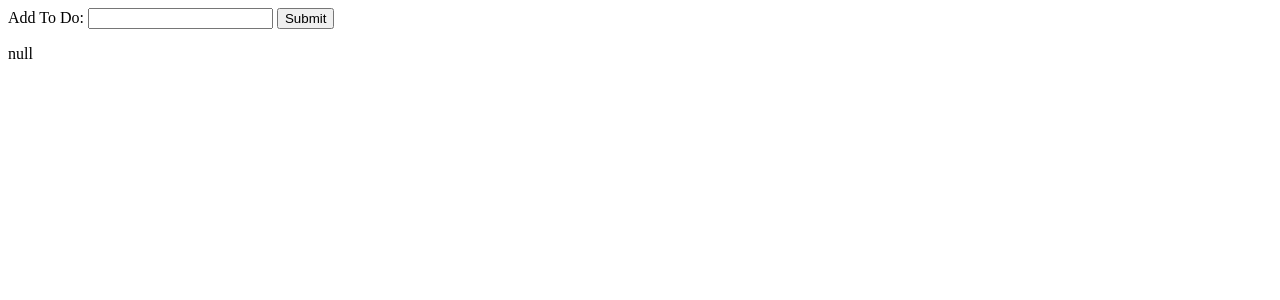
Repository: souptikmaiti/j2ee-practice
Page: http://localhost/jspdemo/todo-demo.jsp
These files come from the project's save history. The page is drawn as it stood at one moment and after the next save; the edit follows.
The browser window is 1280 px wide. The pictures show the whole page.
The page is served by Tomcat 9.

Above is the page before, as saved 2021-01-09 06:21:02.

After the next save:
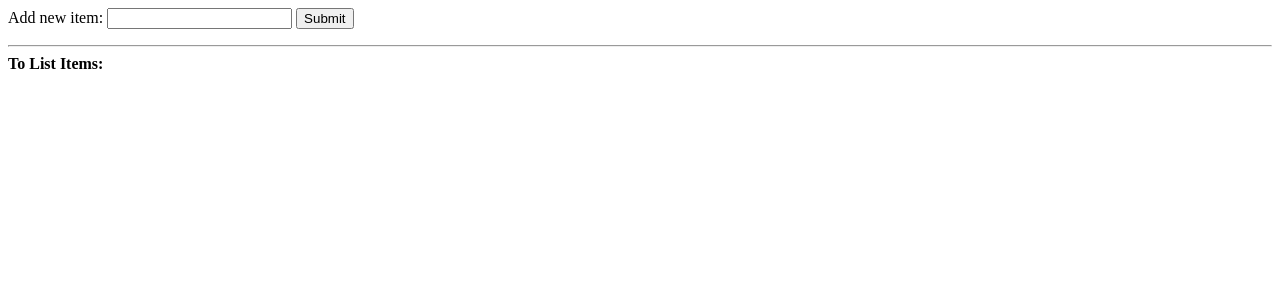
Saved 61 s later.
--- a/jspdemo/WebContent/todo-demo.jsp
+++ b/jspdemo/WebContent/todo-demo.jsp
@@ -1,54 +1,45 @@
 <%@ page import="java.util.*" %>
 
 <html>
+
 <body>
 
-<!-- Step1: create HTML form -->
-<!-- Step2: Add items to "To Do" list -->
-<!-- Step3: Display all "To Do" items from session -->
+<!-- Step 1: Create HTML form -->
+<form action="todo-demo.jsp">
+    Add new item: <input type="text" name="theItem" />
 
-
-<form action="todo-demo.jsp">
-
-	Add To Do: <input type="text" name="toDo" />
-
-	<input type="submit" value="Submit"/>
-
+    <input type="submit" value="Submit" />
 </form>
 
-	<!-- NOT WORKING -->
+<!-- Step 2: Add new item to "To Do" list -->
+<%
+    // get the TO DO items from the session
+    List<String> items = (List<String>) session.getAttribute("myToDoList");
 
-	<%
+    // if the TO DO items doesn't exist, then create a new one
+    if (items == null) {
+        items = new ArrayList<String>();
+        session.setAttribute("myToDoList", items);
+    }
 
-	out.println("" + session.getAttribute("toDoList"));
+    // see if there is form data to add
+    String theItem = request.getParameter("theItem");
+    if (theItem != null) {
+        items.add(theItem);
+    }
+%>
 
-	List<String> toDos = null;//(List<String>) session.getAttribute("toDoList");
+<!-- Step 3: Display all "To Do" item from session -->
+<hr>
+<b>To List Items:</b> <br/>
 
- 	if (session.getAttribute("toDoList") instanceof ArrayList<?>) {
- 		session.setAttribute("toDoList", new ArrayList<String>());
-
-	} else {
-		toDos = (List<String>) session.getAttribute("toDoList");
-		String task = request.getParameter("toDo");
-		if (task != null && toDos != null)
-			toDos.add(task);
-	}
-
-
-	%>
-
-    <ol>
-    	<%
-
-    	if (toDos != null)
-	    	for(String item: toDos) {
-	    		out.println("<li>" + item + "</li>");
-	    	}
-
-
-    	%>
-
-    </ol>
+<ol>
+<%
+    for (String temp : items) {
+        out.println("<li>" + temp + "</li>");
+    }
+%>
+</ol>
 
 </body>
 

After the 2 saves that followed:
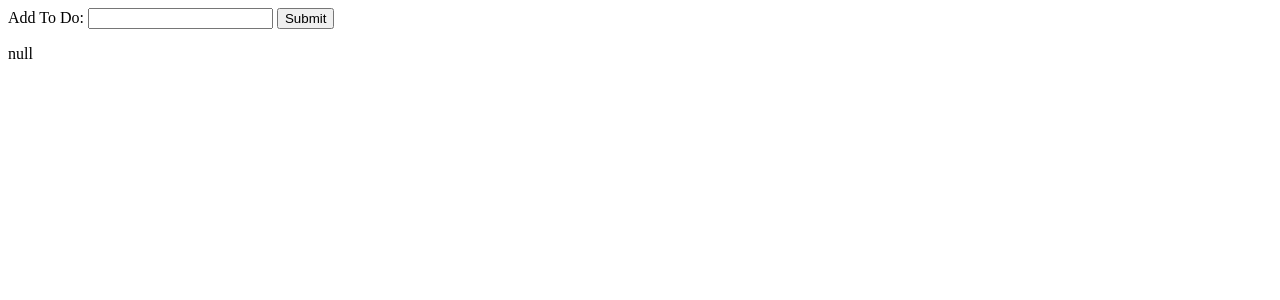
The 2 saves are shown as one change because 1 left the picture as it was.
The last was saved 2 min 50 s later.
--- a/jspdemo/WebContent/todo-demo.jsp
+++ b/jspdemo/WebContent/todo-demo.jsp
@@ -1,45 +1,54 @@
 <%@ page import="java.util.*" %>
 
 <html>
-
 <body>
 
-<!-- Step 1: Create HTML form -->
+<!-- Step1: create HTML form -->
+<!-- Step2: Add items to "To Do" list -->
+<!-- Step3: Display all "To Do" items from session -->
+
+
 <form action="todo-demo.jsp">
-    Add new item: <input type="text" name="theItem" />
 
-    <input type="submit" value="Submit" />
+	Add To Do: <input type="text" name="toDo" />
+
+	<input type="submit" value="Submit"/>
+
 </form>
 
-<!-- Step 2: Add new item to "To Do" list -->
-<%
-    // get the TO DO items from the session
-    List<String> items = (List<String>) session.getAttribute("myToDoList");
+	<!-- NOT WORKING -->
 
-    // if the TO DO items doesn't exist, then create a new one
-    if (items == null) {
-        items = new ArrayList<String>();
-        session.setAttribute("myToDoList", items);
-    }
+	<%
 
-    // see if there is form data to add
-    String theItem = request.getParameter("theItem");
-    if (theItem != null) {
-        items.add(theItem);
-    }
-%>
+	out.println("" + session.getAttribute("toDoList"));
 
-<!-- Step 3: Display all "To Do" item from session -->
-<hr>
-<b>To List Items:</b> <br/>
+	List<String> toDos = null;//(List<String>) session.getAttribute("toDoList");
 
-<ol>
-<%
-    for (String temp : items) {
-        out.println("<li>" + temp + "</li>");
-    }
-%>
-</ol>
+ 	if (session.getAttribute("toDoList") instanceof ArrayList<?>) {
+ 		session.setAttribute("toDoList", new ArrayList<String>());
+
+	} else {
+		toDos = (List<String>) session.getAttribute("toDoList");
+		String task = request.getParameter("toDo");
+		if (task != null && toDos != null)
+			toDos.add(task);
+	}
+
+
+	%>
+
+    <ol>
+    	<%
+
+    	if (toDos != null)
+	    	for(String item: toDos) {
+	    		out.println("<li>" + item + "</li>");
+	    	}
+
+
+    	%>
+
+    </ol>
 
 </body>
 
